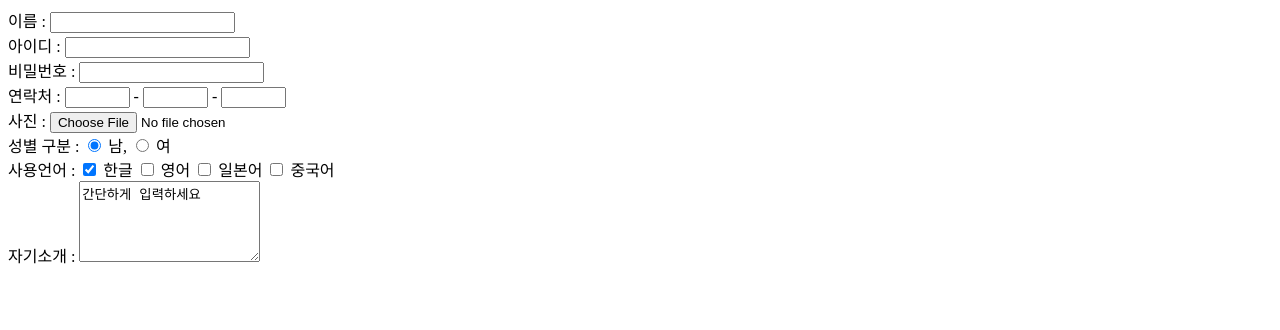
Repository: tjdwlsaos22/TJ_JSP
Page: jsp/HTML/src/main/webapp/Lec06.html
An editor plug-in stored every save of this project. The page is shown before and after the next save, followed by the edit.
The browser window is 1280 px wide. The pictures show the whole page.

Above is the page before, as saved 2024-01-17 04:58:43.

After the next save:
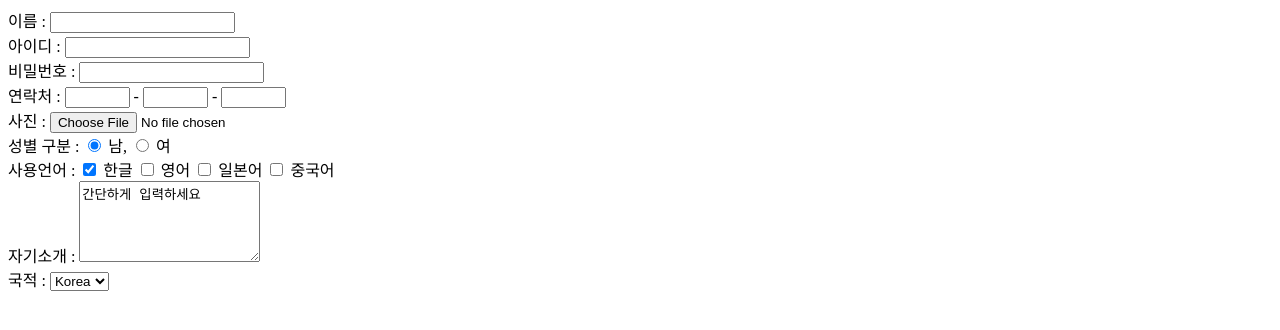
Saved 2 min 31 s later.
--- a/jsp/HTML/src/main/webapp/Lec06.html
+++ b/jsp/HTML/src/main/webapp/Lec06.html
@@ -23,7 +23,14 @@
 				<input type="checkbox" name="lang" value="jpn" > 일본어
 				<input type="checkbox" name="lang" value="chn" > 중국어 <br>
 			자기소개 :
-				<textarea rows="5" cols="20">간단하게 입력하세요</textarea><br>
+				<textarea rows="5" cols="20" name="introduce">간단하게 입력하세요</textarea><br>
+			국적 :
+				<select name="nationally">
+					<option>Korea</option>
+					<option>USA</option>
+					<option>Japan</option>
+					<option>China</option>
+				</select><br>
 		</form>
 	</body>
 </html>
